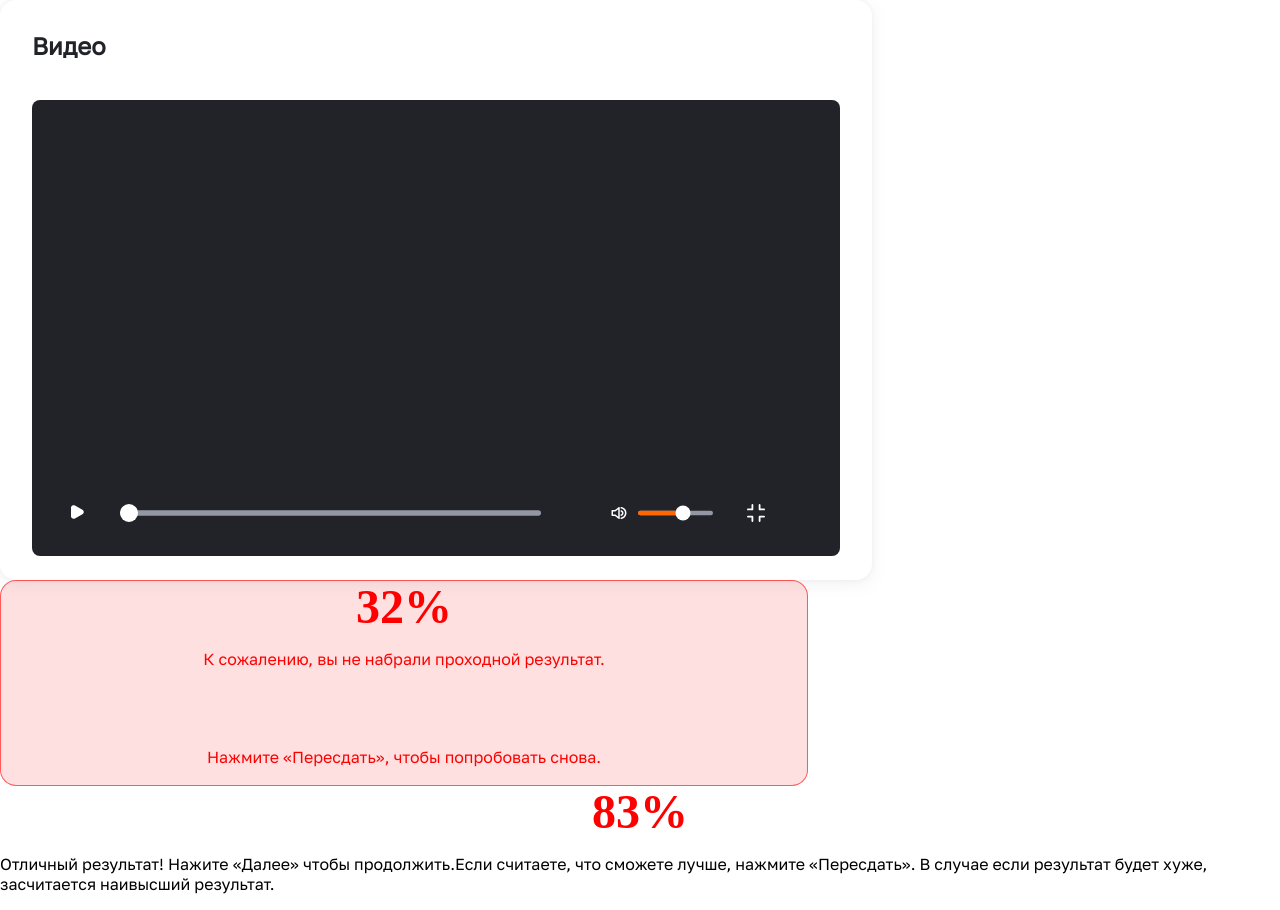
Repository: RuslanSR2424/Group5_LizaAlert
Page: index.html
An editor plug-in stored every save of this project. The page is shown before and after the next save, followed by the edit.
The browser window is 1280 px wide. The pictures show the whole page.

Above is the page before, as saved 2022-03-09 17:08:26.

### index.html
<!DOCTYPE html>
<html lang="en">

<head>
    <meta charset="UTF-8">
    <meta http-equiv="X-UA-Compatible" content="IE=edge">
    <meta name="viewport" content="width=device-width, initial-scale=1.0">
    <link rel="stylesheet" href="./pages/index.css" />
    <title>Document</title>
</head>

<body class="root">
    <section class="video">
        <h2 class="video__title">
            Видео
        </h2>
        <div class="video__player">
            <img class="video__button video__button_type_play" src="./images/video/start.svg">
            <img class="video__button video__button_type_timeline" src="./images/video/timeline.svg">
            <img class="video__button video__button_type_sound-icon" src="./images/video/sound-icon.svg">
            <img class="video__button video__button_type_sound" src="./images/video/sound.svg">
            <img class="video__button video__button_type_size" src="./images/video/size.svg">
        </div>
    </section>
    <section class="results">
        <div class="results__bad">
            <h2 class="results__score">32%</h2>
            <p class="result__text result__text_type_bad">К сожалению, вы не набрали проходной результат.</p>
            <p class="result__text result__text_type_bad">Нажмите «Пересдать», чтобы попробовать снова.</p>
        </div>
        <div class="results__good">
            <h2 class="results__score">83%</h2>
            <p class="result__text result__text_type_good">Отличный результат!
                Нажите «Далее» чтобы продолжить.Если считаете, что сможете лучше, нажмите «Пересдать». В случае если результат будет хуже, засчитается наивысший результат.</p>
        </div>
    </section>
</body>

</html>

### pages/index.css
@import url(../fonts/fonts.css);
@import url(../blocks/root/root.css);

/* video */

@import url(../blocks/video/video.css);
@import url(../blocks/video/__button/video__button.css);
@import url(../blocks/video/__button/_type/video__button_type_play.css);
@import url(../blocks/video/__button/_type/video__button_type_sound.css);
@import url(../blocks/video/__button/_type/video__button_type_timeline.css);
@import url(../blocks/video/__button/_type/video__button_type_size.css);
@import url(../blocks/video/__button/_type/video__button_type_sound-icon.css);
@import url(../blocks/video/__player/video__player.css);
@import url(../blocks/video/__title/video__title.css);

/* results */

@import url(../blocks/results/results.css);
@import url(../blocks/results/__bad/results__bad.css);
@import url(../blocks/results/__good/results__good.css);
@import url(../blocks/results/__score/results__score.css);
@import url(../blocks/results/__text/results__text.css);
@import url(../blocks/results/__text/_type/result__text_type_bad.css);
@import url(../blocks/results/__text/_type/result__text_type_good.css);

### fonts/fonts.css
@font-face {
  font-family: "GolosTextWebRegular";
  src: url(./golos/Golos-Text_Regular.woff2) format("woff2"),
    url(./golos/Golos-Text_Regular.woff) format("woff");
  font-weight: normal;
  font-style: normal;
}
@font-face {
  font-family: "GolosTextWebBold";
  src: url(./golos/Golos-Text_Bold.woff2) format("woff2"),
    url(./golos/Golos-Text_Bold.woff) format("woff");
  font-weight: normal;
  font-style: normal;
}

### blocks/root/root.css
.root {
  margin: 0;
  padding: 0;
  font-family: "GolosTextWebRegular";
}

### blocks/video/video.css
.video {
  height: 580px;
  width: 872px;
  display: flex;
  flex-direction: column;
  background: #ffffff;
  box-shadow: 0px 0px 4px rgba(231, 232, 235, 0.6),
    0px 4px 16px rgba(231, 232, 235, 0.6);
  border-radius: 16px;
}

### blocks/video/__button/video__button.css
.video__button{
    height: 18px;
}

### blocks/video/__button/_type/video__button_type_play.css
.video__button_type_play {
    margin: 0 0 35px 36px;
}

### blocks/video/__button/_type/video__button_type_sound.css
.video__button_type_sound{
    margin: 0 0 34px 10px;
}

### blocks/video/__button/_type/video__button_type_timeline.css
.video__button_type_timeline{
    margin: 0 35px 34px 34px;
}

### blocks/video/__button/_type/video__button_type_size.css
.video__button_type_size{
    margin: 0 34px 34px 34px;
}

### blocks/video/__button/_type/video__button_type_sound-icon.css
.video__button_type_sound-icon{
    margin: 0 0 34px 34px;
}

### blocks/video/__player/video__player.css
.video__player {
  height: 456px;
  width: 808px;
  background-color: #212329;
  display: flex;
  flex-direction: row;
  align-items: flex-end;
  border-radius: 8px;
  margin: auto;
}

### blocks/video/__title/video__title.css
.video__title {
  font-family: "GolosTextWebRegular";
  font-style: normal;
  font-weight: 700;
  font-size: 24px;
  line-height: 28px;
  color: #212329;
  margin: 32px 32px 16px 32px;
}

### blocks/results/results.css
.results{}

### blocks/results/__bad/results__bad.css
.results__bad {
  display: flex;
  flex-direction: column;
  align-items: center;

  width: 808px;
  height: 206px;

  background: rgba(255, 0, 0, 0.12);
  border: 1.2px solid rgba(255, 0, 0, 0.6);
  box-sizing: border-box;
  border-radius: 16px;
}

### blocks/results/__good/results__good.css
.results__good{

}

### blocks/results/__score/results__score.css
.results__score {
  font-family: "Golos";
  font-style: normal;
  font-weight: bold;
  font-size: 48px;
  line-height: 52px;
  text-align: center;
  margin: 0;

  color: #FF0000;
}

### blocks/results/__text/results__text.css
.results__text {
  font-family: "GolosTextWebRegular";
  font-style: normal;
  font-weight: normal;
  font-size: 18px;
  line-height: 24px;
  text-align: center;
}

### blocks/results/__text/_type/result__text_type_bad.css
.result__text_type_bad {
  color: #ff0000;
  width: 680px;
  min-height: 66px;
  text-align: center;
}

### blocks/results/__text/_type/result__text_type_good.css
.result__text_type_good{}

After the next save:
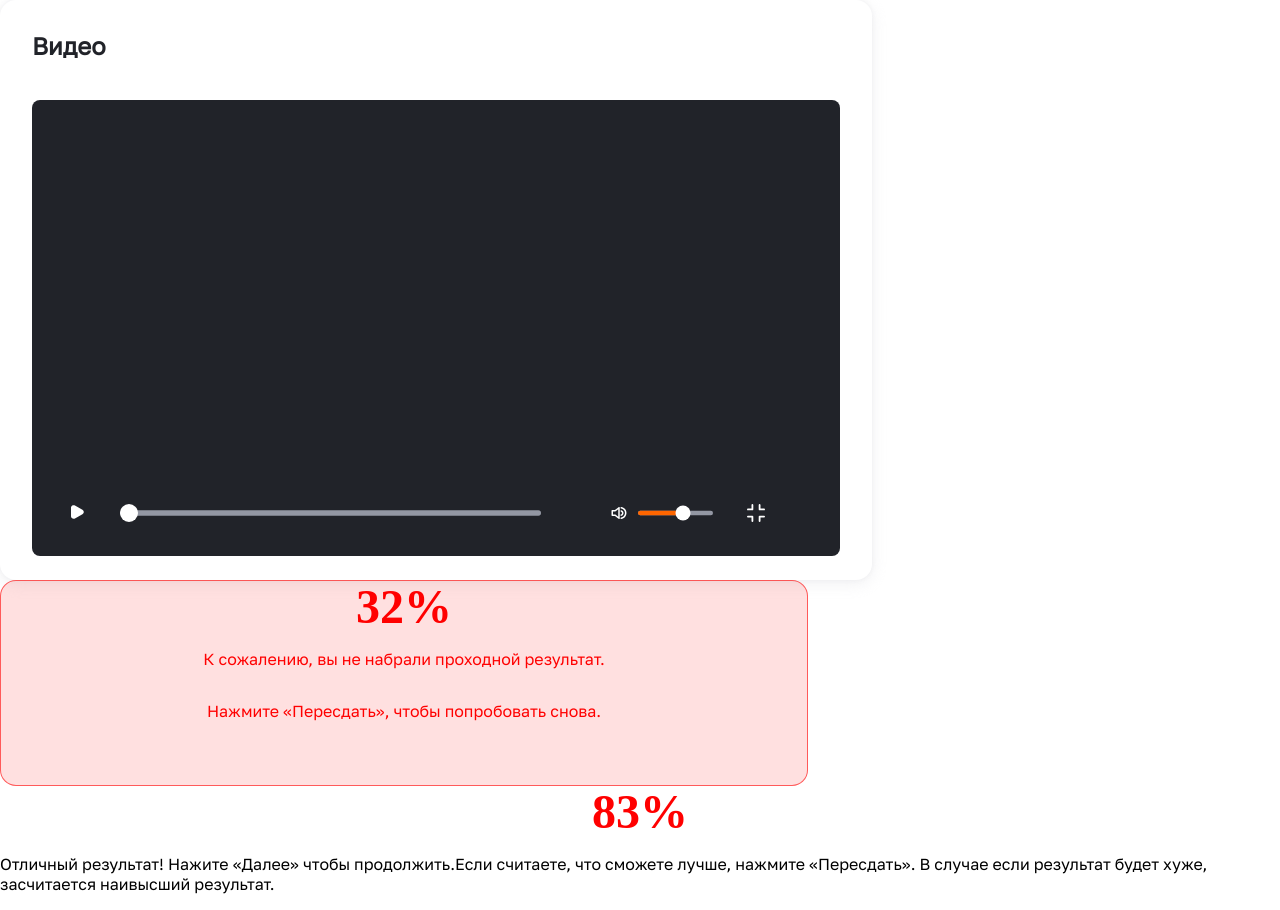
Saved 47 s later.
--- a/blocks/results/__text/_type/result__text_type_bad.css
+++ b/blocks/results/__text/_type/result__text_type_bad.css
@@ -1,6 +1,5 @@
 .result__text_type_bad {
   color: #ff0000;
   width: 680px;
-  min-height: 66px;
   text-align: center;
 }
